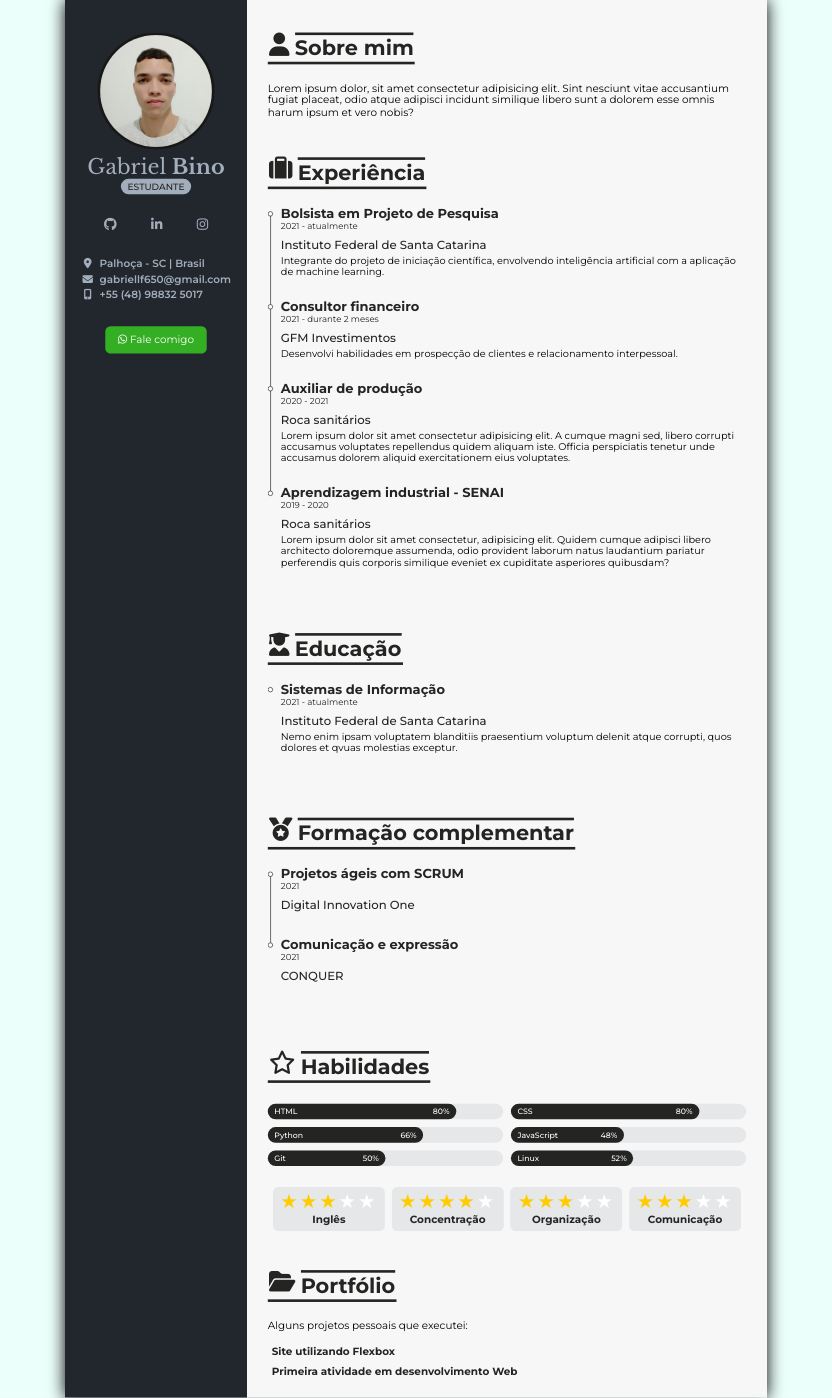
Repository: gabrielbino/curriculoResponsivo
Page: index.html
These files come from the project's save history. The page is drawn as it stood at one moment and after the next save; the edit follows.
The browser window is 1280 px wide. The pictures show the whole page, at 65% of full size.
The pointer rests on the first visible `.portfolio-item`.
Some web libraries are served in a nearby version.

Above is the page before, as saved 2021-10-20 23:25:26.

### index.html
<!DOCTYPE html>
<html lang="pt-br">
  <head>
    <meta charset="UTF-8" />
    <meta name="viewport" content="width=device-width, initial-scale=1" />
    <link
      rel="stylesheet"
      href="https://cdnjs.cloudflare.com/ajax/libs/normalize/8.0.1/normalize.min.css"
      integrity="sha512-NhSC1YmyruXifcj/KFRWoC561YpHpc5Jtzgvbuzx5VozKpWvQ+4nXhPdFgmx8xqexRcpAglTj9sIBWINXa8x5w=="
      crossorigin="anonymous"
      referrerpolicy="no-referrer"
    />
    <script
      src="https://kit.fontawesome.com/a6ac7cca8d.js"
      crossorigin="anonymous"
    ></script>
    <link rel="stylesheet" href="css/style.css" />
    <link rel="shortcut icon" href="img/favicon.ico" />
    <title>CV do Gabriel</title>
  </head>
  <body>
    <main>
      <aside>
        <div class="sidebar">
          <img
            class="profile-picture"
            src="./img/option_profile.jpeg"
            alt="Gabriel Bino"
          />
          <h1 class="title-name"><span>Gabriel</span> Bino</h1>
          <h3 class="subtitle-role">Estudante</h3>
          <div class="social-links">
            <a href="https://github.com/gabrielbino" target="_blank">
              <i class="fab fa-github"></i>
            </a>
            <a
              href="https://www.linkedin.com/in/gabriel-fernandes-bino-456499195/"
              target="_blank"
            >
              <i class="fab fa-linkedin-in"></i>
            </a>
            <!-- <a href="https://twitter.com/theleoad" target="_blank">
              <i class="fab fa-twitter"></i>
            </a> -->
            <a href="https://www.instagram.com/gabrielfbino/" target="_blank">
              <i class="fab fa-instagram"></i>
            </a>
          </div>
          <ul class="personal-data">
            <li>
              <i class="fas fa-map-marker-alt"></i>
              <span>Palhoça - SC | Brasil</span>
            </li>
            <li>
              <i class="fas fa-envelope"></i>
              <a href="mailto:galbriellf650@gmail.com"
                >gabriellf650@gmail.com</a
              >
            </li>
            <li>
              <i class="fas fa-mobile-alt"></i>
              <a href="tel:+5548988325017">+55 (48) 98832 5017</a>
            </li>
          </ul>
          <a
            class="download-button"
            href="https://wa.me/+5548988325017"
            target="_blank"
          >
            <i class="fab fa-whatsapp"></i>
            <span>Fale comigo</span>
          </a>
        </div>
      </aside>
      <section>
        <article>
          <div class="article-title-wrapper">
            <i class="fas fa-user"></i>
            <h2 class="article-title">Sobre mim</h2>
          </div>
          <p>
            Lorem ipsum dolor, sit amet consectetur adipisicing elit. Sint
            nesciunt vitae accusantium fugiat placeat, odio atque adipisci
            incidunt similique libero sunt a dolorem esse omnis harum ipsum et
            vero nobis?
          </p>
        </article>
        <article>
          <div class="article-title-wrapper">
            <i class="fas fa-suitcase"></i>
            <h2 class="article-title">Experiência</h2>
          </div>
          <ul class="timeline">
            <li>
              <h4 class="timeline-title">Bolsista em Projeto de Pesquisa</h4>
              <h5 class="timeline-time">2021 - atualmente</h5>
              <h6 class="timeline-place">
                Instituto Federal de Santa Catarina
              </h6>
              <p class="timeline-text">
                Integrante do projeto de iniciação científica, envolvendo
                inteligência artificial com a aplicação de machine learning.
              </p>
            </li>
            <li>
              <h4 class="timeline-title">Consultor financeiro</h4>
              <h5 class="timeline-time">2021 - durante 2 meses</h5>
              <h6 class="timeline-place">GFM Investimentos</h6>
              <p class="timeline-text">
                Desenvolvi habilidades em prospecção de clientes e
                relacionamento interpessoal.
              </p>
            </li>
            <li>
              <h4 class="timeline-title">Auxiliar de produção</h4>
              <h5 class="timeline-time">2020 - 2021</h5>
              <h6 class="timeline-place">Roca sanitários</h6>
              <p class="timeline-text">
                Lorem ipsum dolor sit amet consectetur adipisicing elit. A
                cumque magni sed, libero corrupti accusamus voluptates
                repellendus quidem aliquam iste. Officia perspiciatis tenetur
                unde accusamus dolorem aliquid exercitationem eius voluptates.
              </p>
            </li>
            <li>
              <h4 class="timeline-title">Aprendizagem industrial - SENAI</h4>
              <h5 class="timeline-time">2019 - 2020</h5>
              <h6 class="timeline-place">Roca sanitários</h6>
              <p class="timeline-text">
                Lorem ipsum dolor sit amet consectetur, adipisicing elit. Quidem
                cumque adipisci libero architecto doloremque assumenda, odio
                provident laborum natus laudantium pariatur perferendis quis
                corporis similique eveniet ex cupiditate asperiores quibusdam?
              </p>
            </li>
          </ul>
        </article>
        <article>
          <div class="article-title-wrapper">
            <i class="fas fa-user-graduate"></i>
            <h2 class="article-title">Educação</h2>
          </div>
          <ul class="timeline">
            <li>
              <h4 class="timeline-title">Sistemas de Informação</h4>
              <h5 class="timeline-time">2021 - atualmente</h5>
              <h6 class="timeline-place">
                Instituto Federal de Santa Catarina
              </h6>
              <p class="timeline-text">
                Nemo enim ipsam voluptatem blanditiis praesentium voluptum
                delenit atque corrupti, quos dolores et qvuas molestias
                exceptur.
              </p>
            </li>
          </ul>
        </article>
        <article>
          <div class="article-title-wrapper">
            <i class="fas fa-medal"></i>
            <h2 class="article-title">Formação complementar</h2>
          </div>
          <ul class="timeline">
            <li>
              <h4 class="timeline-title">Projetos ágeis com SCRUM</h4>
              <h5 class="timeline-time">2021</h5>
              <h6 class="timeline-place">Digital Innovation One</h6>
            </li>
            <li>
              <h4 class="timeline-title">Comunicação e expressão</h4>
              <h5 class="timeline-time">2021</h5>
              <h6 class="timeline-place">CONQUER</h6>
            </li>
          </ul>
        </article>
        <article>
          <div class="article-title-wrapper">
            <i class="far fa-star"></i>
            <h2 class="article-title">Habilidades</h2>
          </div>
          <div class="skills-container">
            <div class="progress">
              <div class="progress-bar" role="progressbar" style="width: 80%">
                <div class="progress-text">
                  <span>HTML</span>
                  <span>80%</span>
                </div>
              </div>
            </div>
            <div class="progress">
              <div class="progress-bar" role="progressbar" style="width: 80%">
                <div class="progress-text">
                  <span>CSS</span>
                  <span>80%</span>
                </div>
              </div>
            </div>
            <div class="progress">
              <div class="progress-bar" role="progressbar" style="width: 66%">
                <div class="progress-text">
                  <span>Python</span>
                  <span>66%</span>
                </div>
              </div>
            </div>
            <div class="progress">
              <div class="progress-bar" role="progressbar" style="width: 48%">
                <div class="progress-text">
                  <span>JavaScript</span>
                  <span>48%</span>
                </div>
              </div>
            </div>
            <div class="progress">
              <div class="progress-bar" role="progressbar" style="width: 50%">
                <div class="progress-text">
                  <span>Git</span>
                  <span>50%</span>
                </div>
              </div>
            </div>
            <div class="progress">
              <div class="progress-bar" role="progressbar" style="width: 52%">
                <div class="progress-text">
                  <span>Linux</span>
                  <span>52%</span>
                </div>
              </div>
            </div>
          </div>
          <div class="soft-skills">
            <div class="soft-skill">
              <div class="soft-skill-rating" style="--rating: 3"></div>
              <h4 class="soft-skill-label">Inglês</h4>
            </div>
            <div class="soft-skill">
              <div class="soft-skill-rating" style="--rating: 4"></div>
              <h4 class="soft-skill-label">Concentração</h4>
            </div>
            <div class="soft-skill">
              <div class="soft-skill-rating" style="--rating: 3"></div>
              <h4 class="soft-skill-label">Organização</h4>
            </div>
            <div class="soft-skill">
              <div class="soft-skill-rating" style="--rating: 3"></div>
              <h4 class="soft-skill-label">Comunicação</h4>
            </div>
          </div>
        </article>
        <article>
          <div class="article-title-wrapper">
            <i class="fas fa-folder-open"></i>
            <h2 class="article-title">Portfólio</h2>
          </div>
          <p>Alguns projetos pessoais que executei:</p>
          <div class="portfolio">
            <a href="https://staticflexbox.netlify.app/" class="portfolio-item">
              Site utilizando Flexbox
            </a>
            <a href="https://anatomiahtml.netlify.app/" class="portfolio-item">
              Primeira atividade em desenvolvimento Web
            </a>
            <a href="#" class="portfolio-item">
              <div></div>
            </a>
            <a href="#" class="portfolio-item">
              <div></div>
            </a>
          </div>
        </article>
      </section>
    </main>
  </body>
</html>

### css/style.css
@import url("https://fonts.googleapis.com/css2?family=Libre+Baskerville:wght@400;700&family=Montserrat:wght@400;500;600;700&display=swap");

* {
  box-sizing: border-box;
}

img {
  max-width: 100%;
}

body {
  background-color: #ebfffb;
  color: black;
  font-family: "Montserrat", sans-serif;
}

main {
  background-color: #ebfffb;
  box-shadow: 0 0 1.5rem;
  display: flex;
  margin: 0 auto;
  max-width: 1080px;
  min-height: 100vh;
  width: 100%;
}

aside {
  background-color: #22272e;
  padding: 50px 0 16px;
  width: 280px;
}

.sidebar {
  align-items: center;
  display: flex;
  flex-direction: column;
  position: sticky;
  top: 16px;
  width: 100%;
}

.profile-picture {
  border-radius: 50%;
  border: solid 4px #181817;
  width: 180px;
}

.title-name {
  color: #a2aebb;
  font-family: "Libre Baskerville", serif;
  font-weight: 700;
  margin: 8px 0 0;
}

.title-name span {
  font-weight: 500;
}

.subtitle-role {
  background: #a2aebb;
  border-radius: 12px;
  color: #242423;
  font-size: 14px;
  font-weight: 500;
  margin: 0;
  padding: 4px 10px;
  text-transform: uppercase;
}

.social-links {
  display: flex;
  font-size: 20px;
  justify-content: space-between;
  margin: 36px 0;
  width: 160px;
}

.social-links a {
  color: #a2aebb;
}

.social-links a:hover {
  color: #e8eddf;
}

.personal-data {
  list-style-type: none;
  margin: 0;
  padding: 0;
}

.personal-data li {
  color: #a2aebb;
  font-weight: 600;
  line-height: 1.5;
}

.personal-data li a {
  color: inherit;
  text-decoration: none;
}

.personal-data i {
  margin-right: 4px;
  text-align: center;
  width: 20px;
}

.download-button {
  background: #34af23;
  border-radius: 8px;
  color: white;
  display: block;
  margin: 36px 0;
  padding: 12px 20px;
  text-decoration: none;
}

section {
  background-color: #f7f7f7;
  padding: 50px 32px 0;
  width: calc(100% - 280px);
}

article:not(:last-of-type) {
  margin-bottom: 60px;
}

.article-title-wrapper {
  align-items: center;
  border-bottom: 4px solid;
  color: #242423;
  display: inline-flex;
  margin-bottom: 12px;
  padding: 0 2px;
}
.article-title-wrapper i {
  font-size: 36px;
  margin: -8px 8px 0 0;
}

.article-title {
  border-top: 4px solid;
  color: #242423;
  font-size: 32px;
  font-weight: 800;
  margin: 0 0 2px;
  padding-top: 2px;
}

.timeline {
  list-style: none;
  margin: 20px 0;
  padding: 0;
}

.timeline li {
  margin: 0;
  padding: 2px 0 40px 20px;
  position: relative;
}

.timeline li::after {
  background-color: #fff;
  border-radius: 50%;
  border: 1px solid #242423;
  box-sizing: border-box;
  content: "";
  display: inline-block;
  height: 8px;
  left: 0;
  position: absolute;
  top: 2px;
  width: 8px;
}

.timeline li:not(:last-of-type)::before {
  background-color: #242423;
  content: "";
  height: 100%;
  left: 3.5px;
  position: absolute;
  top: calc(0.5em - 4px);
  width: 1px;
}

.timeline-title {
  color: #242423;
  font-size: 20px;
  margin: -8px 0 0;
}

.timeline-time {
  color: #242423;
  font-weight: 400;
  margin: 0;
}

.timeline-place {
  color: #242423;
  font-size: 18px;
  font-weight: 500;
  margin: 12px 0 4px;
}

.timeline-text {
  font-size: 15px;
  margin: 0;
}

.skills-container {
  display: flex;
  flex-wrap: wrap;
  justify-content: space-between;
  margin: 20px 0;
}

.progress {
  background-color: rgba(68, 86, 108, 0.1);
  border-radius: 20px;
  display: flex;
  font-size: 0.75rem;
  height: 1.5rem;
  margin-bottom: 12px;
  width: calc(50% - 6px);
}

.progress-bar {
  align-items: center;
  background-color: #242423;
  border-radius: 20px;
  color: #fff;
  font-weight: 500;
  display: flex;
  padding: 0 10px;
}

.progress-text {
  display: flex;
  justify-content: space-between;
  width: 100%;
}

.soft-skills {
  display: flex;
  justify-content: space-between;
  padding: 0 8px;
}

.soft-skill {
  background-color: rgba(68, 86, 108, 0.1);
  border-radius: 8px;
  padding: 8px;
  text-align: center;
  width: calc(25% - 8px);
}

.soft-skill-rating {
  --percent: calc(var(--rating) / 5 * 100%);
  display: inline-block;
  font-family: Times;
  font-size: 30px;
  line-height: 1;
}

.soft-skill-rating::before {
  background-clip: text;
  background: linear-gradient(90deg, #fc0 var(--percent), #fff var(--percent));
  content: "★★★★★";
  letter-spacing: 3px;
  -webkit-background-clip: text;
  -webkit-text-fill-color: transparent;
}

.soft-skill-label {
  color: #242423;
  margin: 4px 0 0;
}

.portfolio {
  display: flex;
  flex-wrap: wrap;
}


.portfolio-item {
  padding: 6px;
  margin: auto;
  width: 100%;
  color: #242423;
  font-weight: 800;
  text-decoration: none;
}

.portfolio-item:hover {
  box-shadow: 2px 3px 0.4 #22272e;
}

@media (max-width: 1024px) {
  .soft-skills {
    flex-wrap: wrap;
  }

  .soft-skill {
    margin: 4px;
    width: calc(50% - 8px);
  }
}

@media (max-width: 768px) {
  main {
    display: block;
  }

  aside,
  section {
    width: 100%;
  }

  section {
    padding: 32px 16px 0;
  }

  .article-title-wrapper {
    display: flex;
    padding: 0;
  }

  .progress,
  .soft-skill,
  .portfolio-item,
  .article-title {
    width: 100%;
  }

  .portfolio-item {
    text-align: center;
  }
}

After the next save:
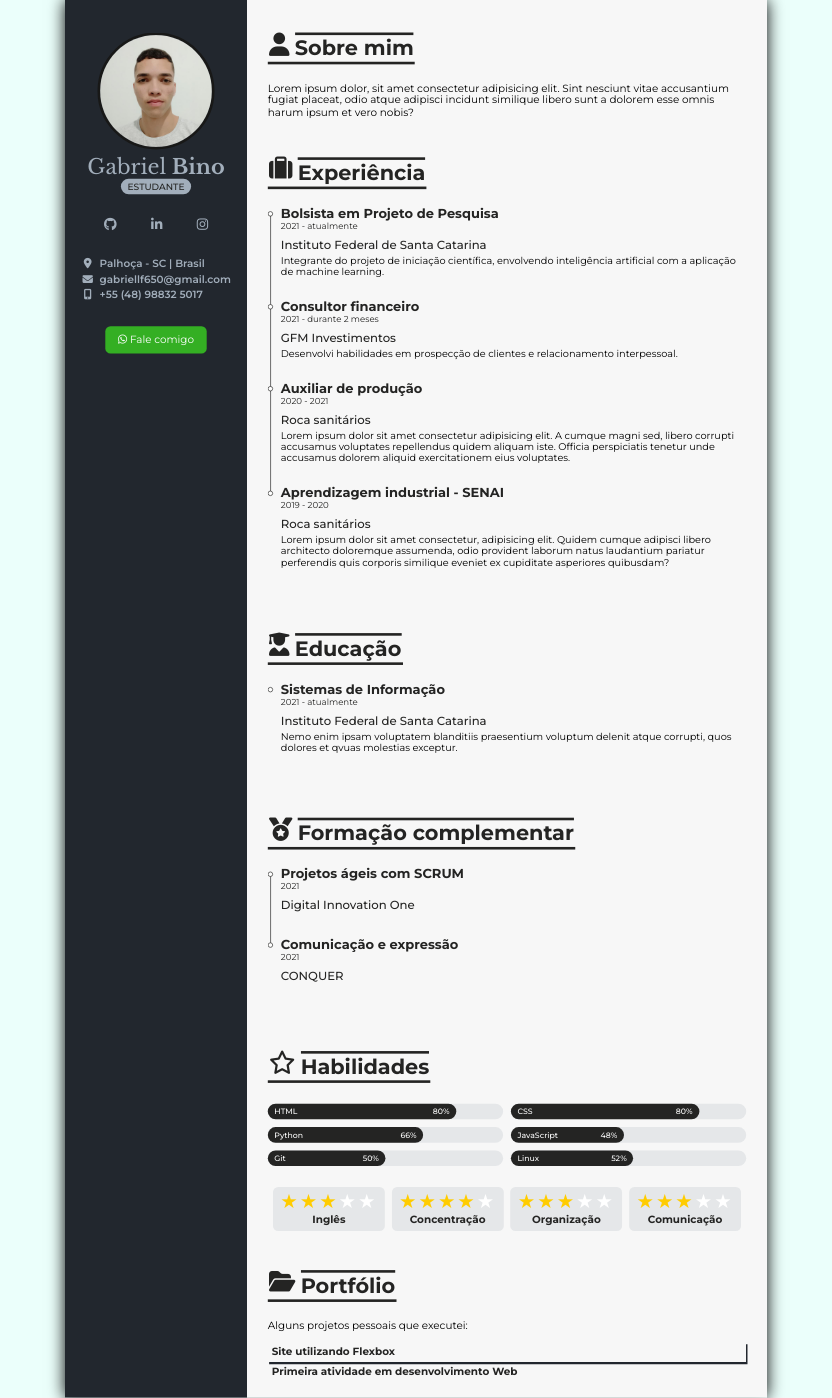
Saved 4 s later.
--- a/css/style.css
+++ b/css/style.css
@@ -293,7 +293,7 @@
 }
 
 .portfolio-item:hover {
-  box-shadow: 2px 3px 0.4 #22272e;
+  box-shadow: 2px 3px 0.4px #22272e;
 }
 
 @media (max-width: 1024px) {

After the save that followed:
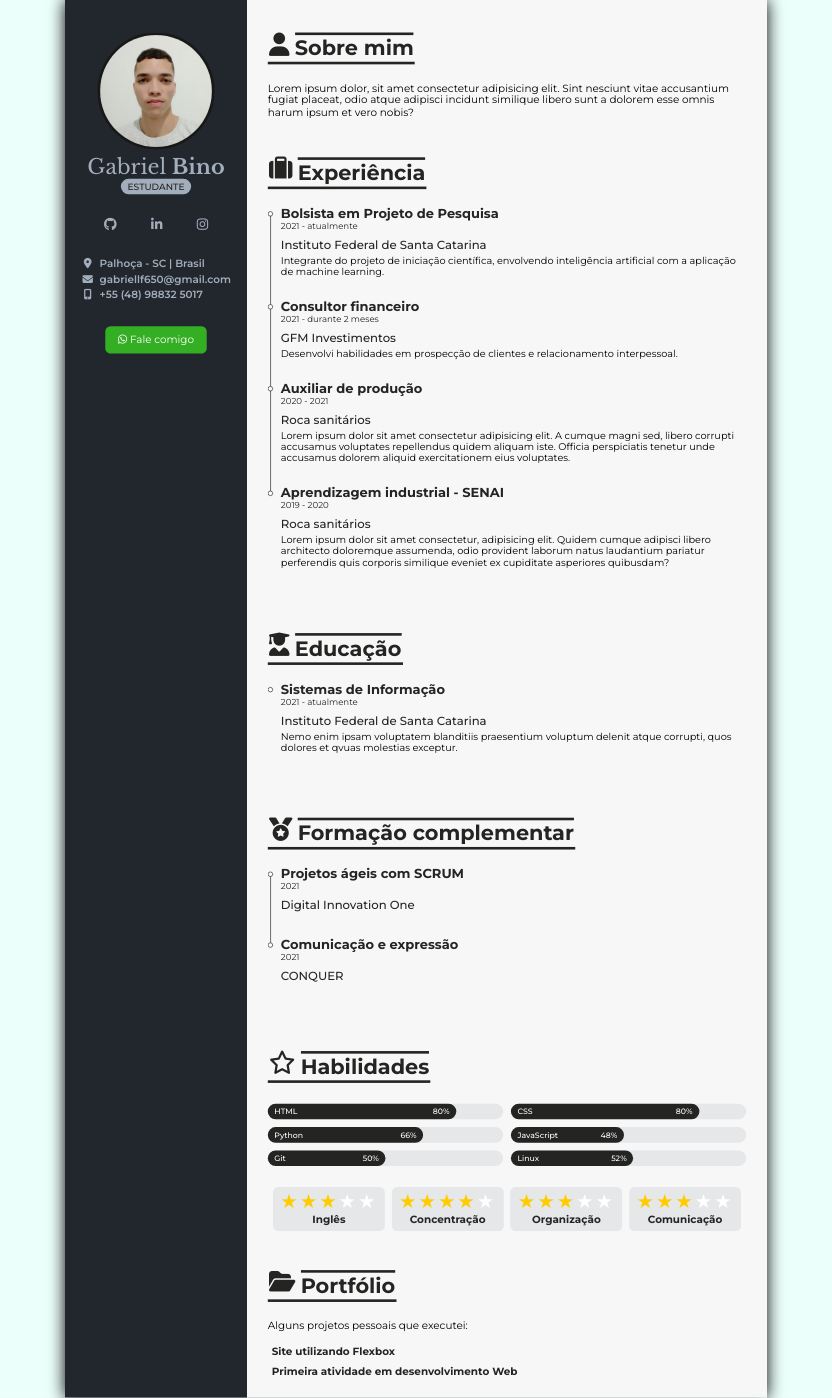
Saved 32 s later.
--- a/css/style.css
+++ b/css/style.css
@@ -292,10 +292,6 @@
   text-decoration: none;
 }
 
-.portfolio-item:hover {
-  box-shadow: 2px 3px 0.4px #22272e;
-}
-
 @media (max-width: 1024px) {
   .soft-skills {
     flex-wrap: wrap;
